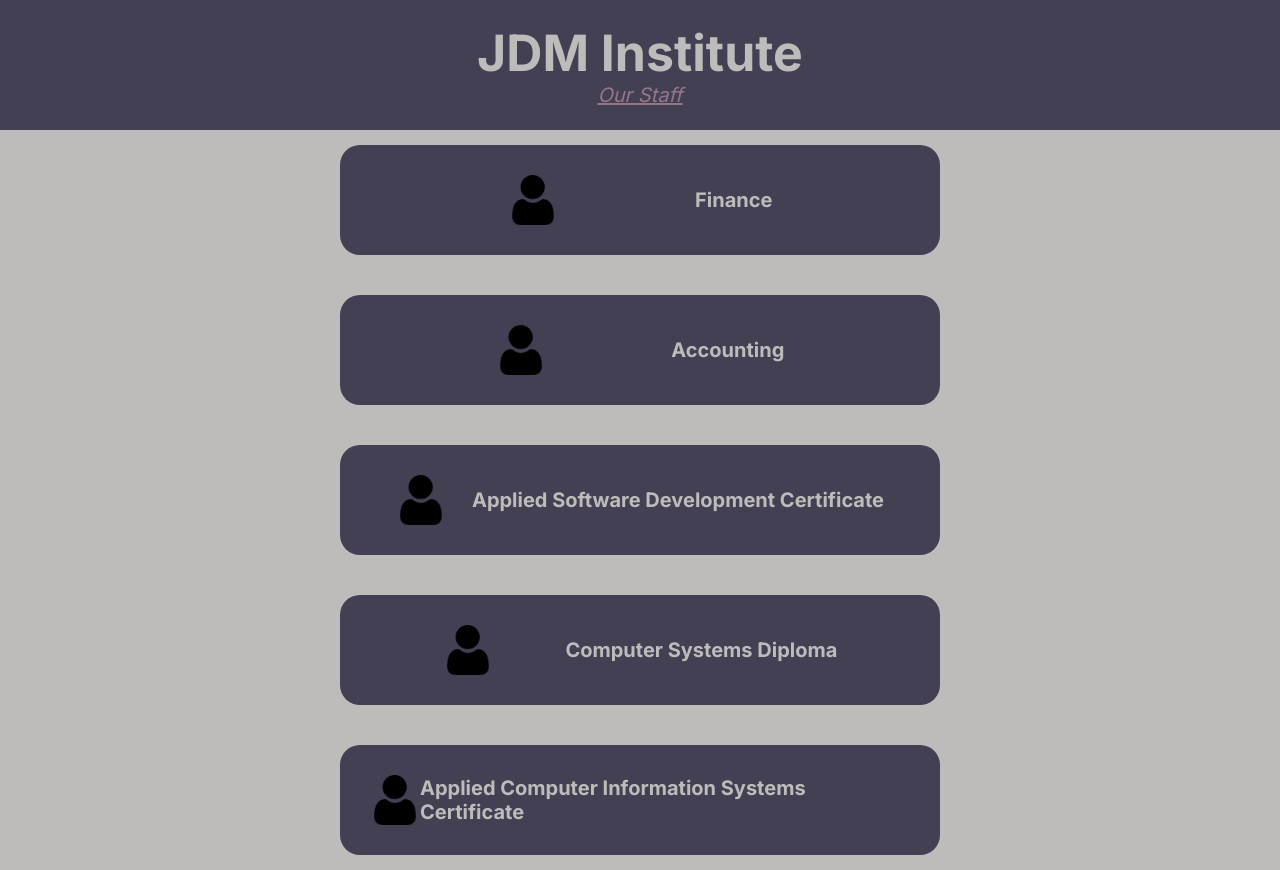
Repository: jennydmcm/class03practice
Page: /
The author's editor kept a copy of each file at every save. The page is drawn from the files as they stood at one save, then again after the next save.
The browser window is 1280 px wide. The pictures show the whole page.
The project was rebuilt for these pictures with package versions that can differ from the ones it lists, and the page was loaded fresh each time. The framework's server and built-in components were replaced by stand-ins that run in the browser. Also part of the build but not shown: next.config.js.

Above is the page before, as saved 2023-01-25 12:43:32.

After the next save:
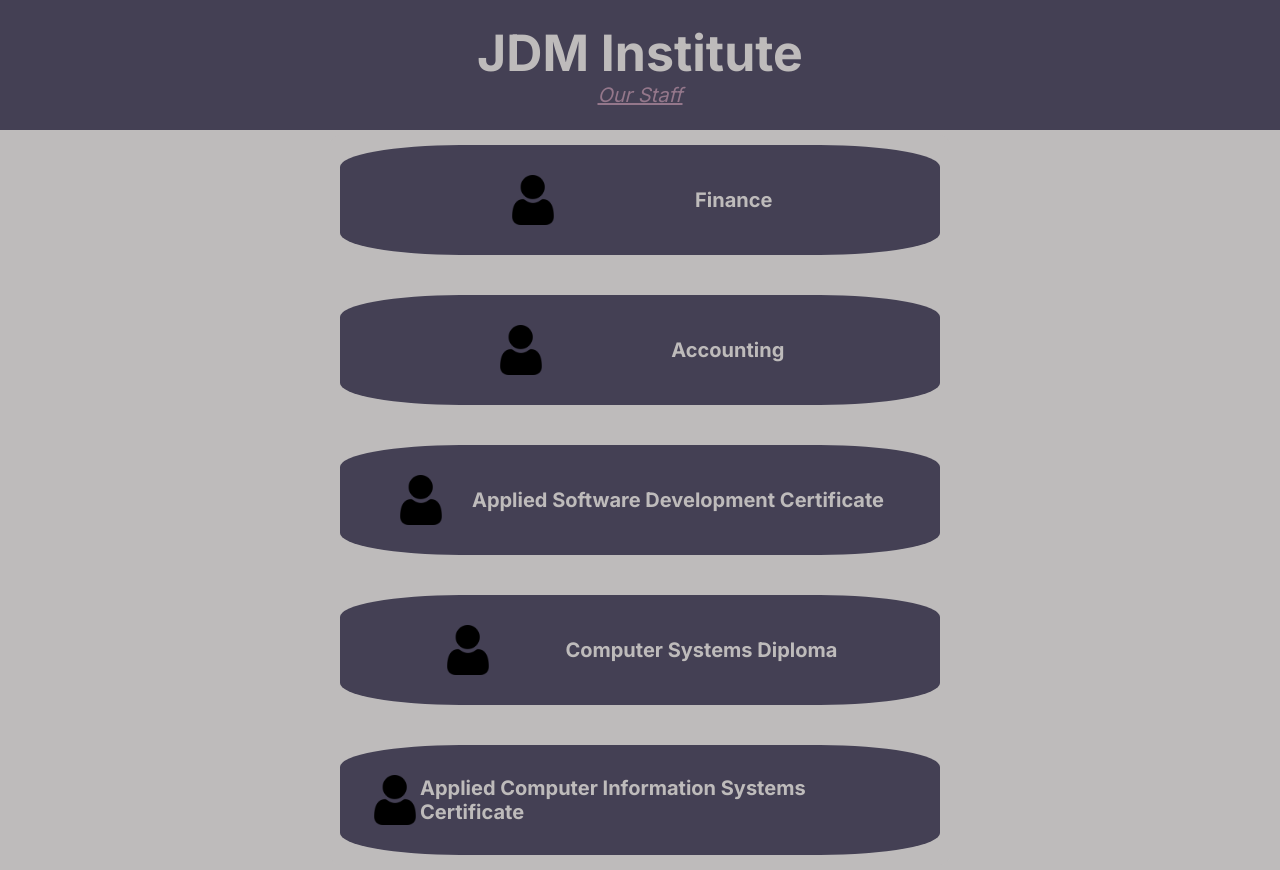
Saved 11 min 13 s later.
--- a/components/Card/index.js
+++ b/components/Card/index.js
@@ -10,7 +10,7 @@ export default function Card({
             backgroundColor: colour,
             fontSize:"20px",
             padding:"30px",
-            borderRadius:"20px",
+            borderRadius:"20%",
             display:"flex",
             flexDirection:"row",
             justifyContent:"space-evenly",
